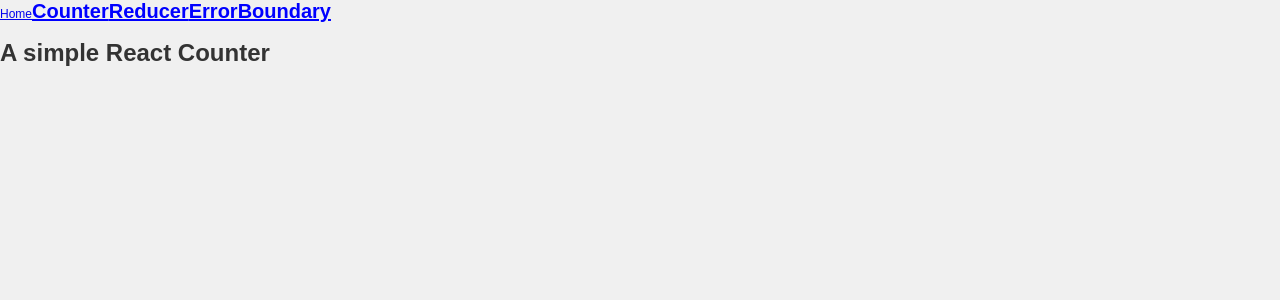
Repository: qudos4real/altschool-second-sem
Page: /
An editor plug-in stored every save of this project. The page is shown before and after the next save, followed by the edit.
The browser window is 1280 px wide. The pictures show the whole page.
The project was rebuilt for these pictures with package versions that can differ from the ones it lists, and the page was loaded fresh each time. Also part of the build but not shown: src/hooks/useCounter.js, src/Components/Counter.js, src/App.css, src/hooks/reducer.1.js, src/Components/Reducer.js, src/Components/NotFound.js, src/Components/ErrorBoundary.js.

Above is the page before, as saved 2022-11-04 17:27:31.

### src/index.js
import React from 'react';
import ReactDOM from 'react-dom/client';
import './index.css';
import App from './App';
// import { BrowserRouter } from 'react-router-dom';
import reportWebVitals from './reportWebVitals';

const root = ReactDOM.createRoot(document.getElementById('root'));
root.render(
  <React.StrictMode>
    {/* <BrowserRouter> */}
    <App />
    {/* </BrowserRouter> */}
  </React.StrictMode>
);

// If you want to start measuring performance in your app, pass a function
// to log results (for example: reportWebVitals(console.log))
// or send to an analytics endpoint. Learn more: https://bit.ly/CRA-vitals
reportWebVitals();

### src/App.js
import React from 'react';
import Counter from './Components/Counter';
import './App.css';
import Reducer from './Components/Reducer';
import Home from './Components/Home';
import NotFound from './Components/NotFound';
import ErrorBoundary from './Components/ErrorBoundary';
import "./CSS/Counter.css";
import { useEffect } from 'react';
import { BrowserRouter as Router, Route, Routes, Link, NavLink } from 'react-router-dom';





function App() {

  useEffect(() => {
    document.title = "React Counter";
    }, []);

  return (
    // <>
    // <Home />
    // <Counter />
    // <Reducer />
    // <NotFound />
    // <ErrorBoundary />
    // </>

    <Router>
      <nav>
        <NavLink to="/" className={(isActive) => isActive? console.log(isActive): console.log("NotActive")}>Home</NavLink>

        <NavLink to="counter" className='link'>Counter</NavLink>
        <NavLink to="reducer" className='link'>Reducer</NavLink>
        <NavLink to="ErrorBoundary" className='link'>ErrorBoundary</NavLink>
        </nav>
      <ErrorBoundary >
      <Routes>
        <Route path="/" element={<Home />} />
        <Route path="/counter" element={<Counter />} />
        <Route path="/reducer" element={<Reducer />} />
        <Route path="ErrorBoundary" element={<ErrorBoundary />} />
        <Route path="*" element={<NotFound />} />
      </Routes>
      </ErrorBoundary>
    </Router>
  )
}

export default App

### src/Components/Home.js
import React from "react";
// import { Outlet } from "react-router-dom";

function Home() {
  return (
    <div>
      <h1>A simple React Counter</h1>
        {/* <Outlet /> */}

    </div>
  );
}

export default Home;

### src/CSS/Counter.css
body {
  background-color: #f0f0f0;
  font-family: Arial, Helvetica, sans-serif;
  font-size: 12px;
  color: #333;
  margin: 0;
  padding: 0;
  box-sizing: border-box;
}
.container {
  width: 50%;
  max-width: 500px;
  margin: 0 auto;
  padding: 0 20px;
  display: flex;
  justify-content: center;
  align-items: center;
  flex-direction: column;
  /* border: 1px solid #3e8e41; */
  margin-top: 100px;
}

.btn {
  background-color: #4caf50;
  border: none;
  color: white;
  padding: 10px 20px;
  text-align: center;
  text-decoration: none;
  display: inline-block;
  font-size: 16px;
  margin: 4px 2px;
  cursor: pointer;
  border-radius: 10px;
  font-weight: bold;
}
.btn:hover {
  background-color: #3e8e41;
}
.input {
  width: 50%;
  max-width: 500px;
  padding: 10px;
  border: 1px solid #3e8e41;
  border-radius: 10px;
  margin-bottom: 10px;
}
.label {
  font-size: 20px;
  font-weight: bold;
  margin-bottom: 10px;
}
.value {
  font-size: 150px;
  font-weight: bold;
  margin-bottom: 10px;
  margin-top: 10px;
}
.ErrorText{
    font-size: 20px;
    font-weight: bold;
    margin-bottom: 10px;
    color: red;
}
.link{
    font-size: 20px;
    font-weight: bold;
    margin-bottom: 10px;
    color: blue;
    text-decoration: underline;
}

Loaded but not shown: public/index.html (common file); src/index.css (common file); src/reportWebVitals.js (common file)

After the next save:
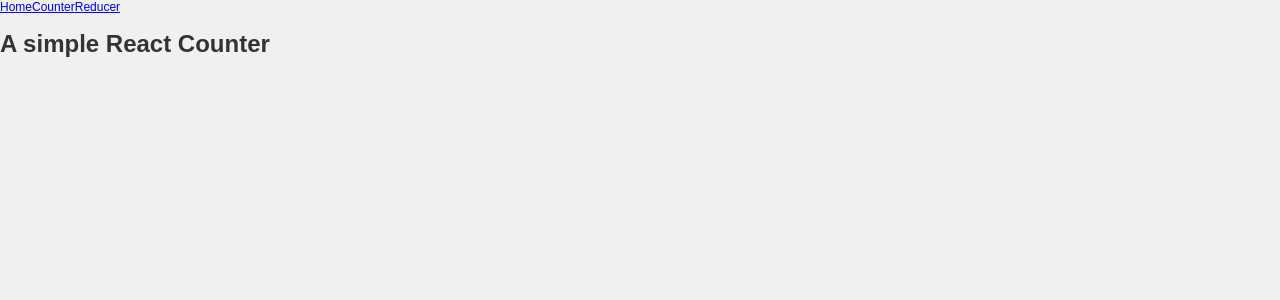
Saved 62 s later.
--- a/src/App.js
+++ b/src/App.js
@@ -30,12 +30,10 @@ function App() {
 
     <Router>
       <nav>
-        <NavLink to="/" className={(isActive) => isActive? console.log(isActive): console.log("NotActive")}>Home</NavLink>
-
-        <NavLink to="counter" className='link'>Counter</NavLink>
-        <NavLink to="reducer" className='link'>Reducer</NavLink>
-        <NavLink to="ErrorBoundary" className='link'>ErrorBoundary</NavLink>
-        </nav>
+        <NavLink to="/" className={(isActive) => isActive? "Active": "NotActive"}>Home</NavLink>
+        <NavLink to="/counter" className={(isActive) => isActive? "Active": "NotActive"}>Counter</NavLink>
+        <NavLink to="/reducer" className={(isActive) => isActive? "Active": "NotActive"}>Reducer</NavLink>
+      </nav>
       <ErrorBoundary >
       <Routes>
         <Route path="/" element={<Home />} />
